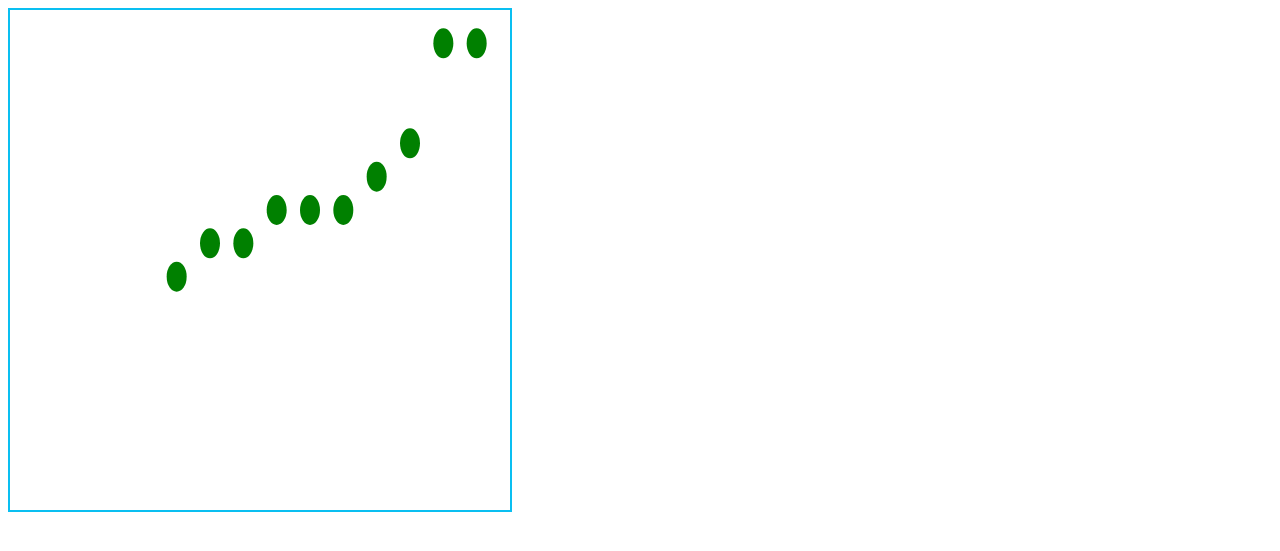
Repository: Jubair-Ahmed-Junjun/js-graphics
Page: Scatter Plots.html
These files come from the project's save history. The page is drawn as it stood at one moment and after the next save; the edit follows.
The browser window is 1280 px wide. The pictures show the whole page.

Above is the page before, as saved 2022-08-08 21:49:20.

After the next save:
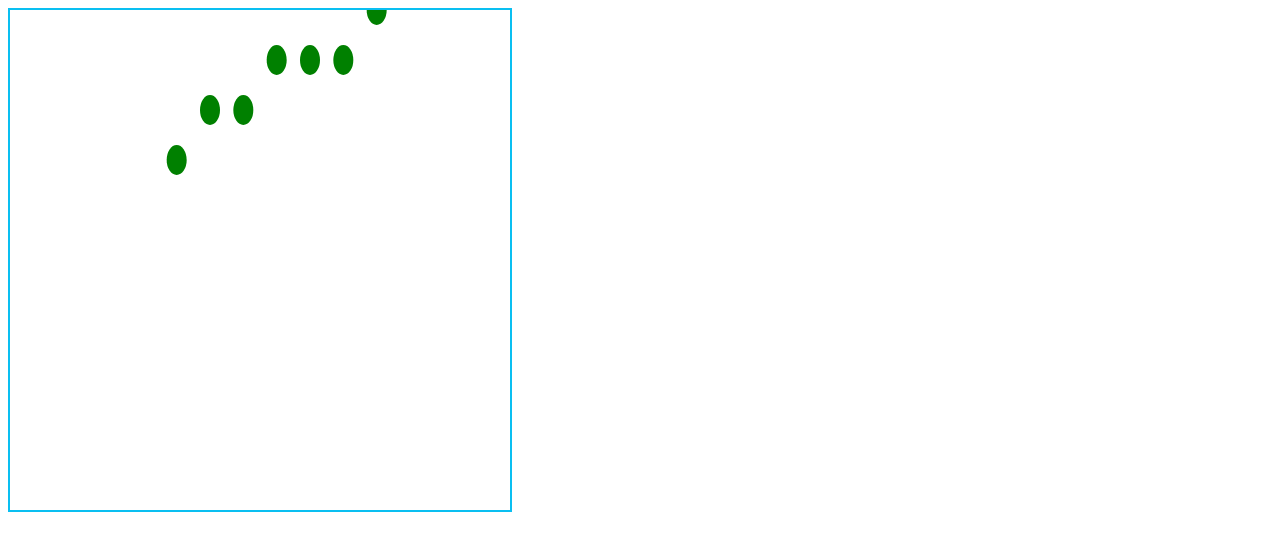
Saved 7 s later.
--- a/Scatter Plots.html
+++ b/Scatter Plots.html
@@ -18,7 +18,7 @@
 ctx.fillStyle = "green";
 for (let i = 0; i < xArray.length-1; i++) {
   let x = xArray[i] * xMax/150;
-  let y = yArray[i] * yMax/15;
+  let y = yArray[i] * yMax/10;
   ctx.beginPath();
   ctx.ellipse(x, y, 10, 15, 0, 0, Math.PI * 2);
 

After the save that followed:
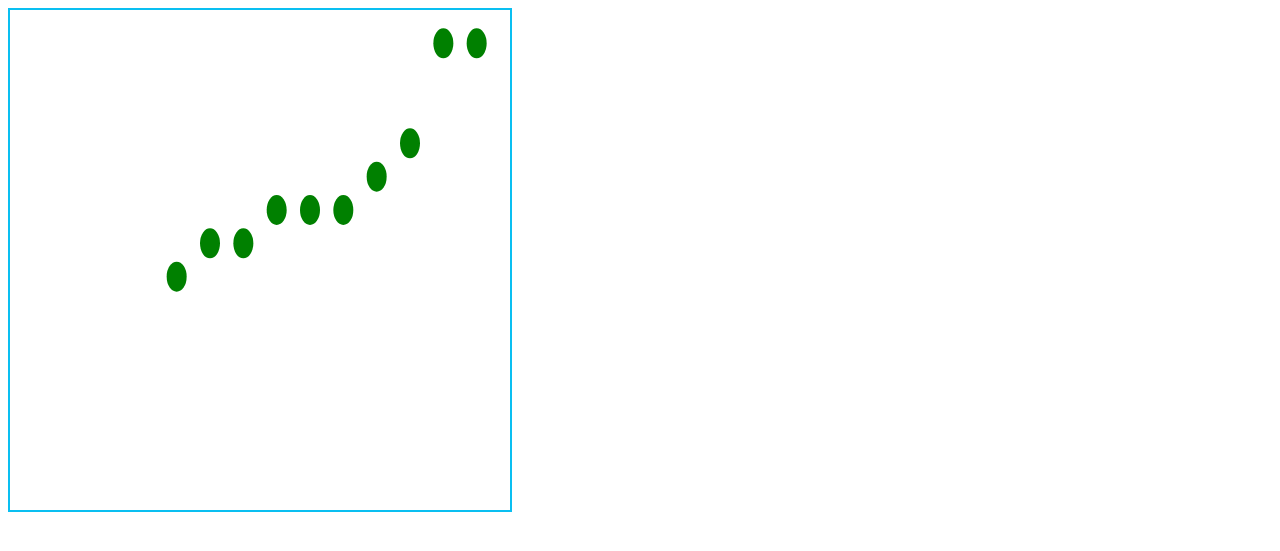
Saved 6 s later.
--- a/Scatter Plots.html
+++ b/Scatter Plots.html
@@ -18,7 +18,7 @@
 ctx.fillStyle = "green";
 for (let i = 0; i < xArray.length-1; i++) {
   let x = xArray[i] * xMax/150;
-  let y = yArray[i] * yMax/10;
+  let y = yArray[i] * yMax/15;
   ctx.beginPath();
   ctx.ellipse(x, y, 10, 15, 0, 0, Math.PI * 2);
 
